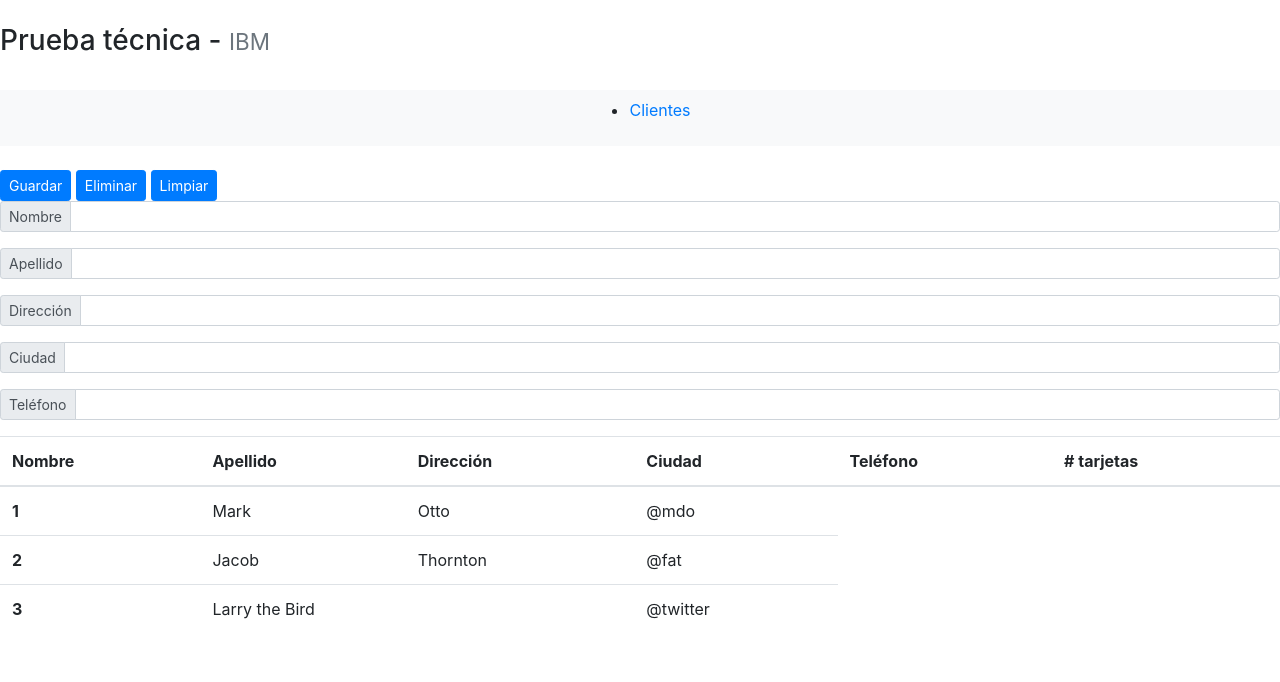
Repository: analozano16/ibm
Page: prueba_banco_war/src/main/webapp/index.html
An editor plug-in stored every save of this project. The page is shown before and after the next save, followed by the edit.
The browser window is 1280 px wide. The pictures show the whole page.
Some web libraries are served in a nearby version.

Above is the page before, as saved 2020-02-02 20:17:00.

### prueba_banco_war/src/main/webapp/index.html
<!DOCTYPE html>
<html ng-app="Clientes">
<head>
	<title>Prueba</title>
	<meta charset="utf-8" />
	<!-- angular -->
	<script src="https://ajax.googleapis.com/ajax/libs/angularjs/1.7.9/angular.min.js"></script>
	<!-- controlador -->
	<script type="text/javascript" src="app.js"></script>
	<!-- bootstrap -->
	<link rel="stylesheet" href="https://stackpath.bootstrapcdn.com/bootstrap/4.3.1/css/bootstrap.min.css" integrity="sha384-ggOyR0iXCbMQv3Xipma34MD+dH/1fQ784/j6cY/iJTQUOhcWr7x9JvoRxT2MZw1T" crossorigin="anonymous">

</head>
<body>
<br/>
<h3>
  Prueba técnica -
  <small class="text-muted"> IBM</small>
</h3>
<br/>
<nav class="navbar navbar-expand-sm bg-light justify-content-center">
  <ul>
    <li><a href="#">Clientes</a></li>
  </ul>
</nav>


<br/>
<button type="button" class="btn btn-primary btn-sm">Guardar</button>
<button type="button" class="btn btn-primary btn-sm">Eliminar</button>
<button type="button" class="btn btn-primary btn-sm">Limpiar</button>

<br/>
<div class="input-group input-group-sm mb-3">
  <div class="input-group-prepend">
    <span class="input-group-text" id="inputGroup-sizing-sm">Nombre</span>
  </div>
  <input type="text" class="form-control" aria-label="Small" aria-describedby="inputGroup-sizing-sm">
</div>


<div class="input-group input-group-sm mb-3">
  <div class="input-group-prepend">
    <span class="input-group-text" id="inputGroup-sizing-sm">Apellido</span>
  </div>
  <input type="text" class="form-control" aria-label="Small" aria-describedby="inputGroup-sizing-sm">
</div>
<div class="input-group input-group-sm mb-3">
  <div class="input-group-prepend">
    <span class="input-group-text" id="inputGroup-sizing-sm">Dirección</span>
  </div>
  <input type="text" class="form-control" aria-label="Small" aria-describedby="inputGroup-sizing-sm">
</div>
<div class="input-group input-group-sm mb-3">
  <div class="input-group-prepend">
    <span class="input-group-text" id="inputGroup-sizing-sm">Ciudad</span>
  </div>
  <input type="text" class="form-control" aria-label="Small" aria-describedby="inputGroup-sizing-sm">
</div>
<div class="input-group input-group-sm mb-3">
  <div class="input-group-prepend">
    <span class="input-group-text" id="inputGroup-sizing-sm">Teléfono</span>
  </div>
  <input type="text" class="form-control" aria-label="Small" aria-describedby="inputGroup-sizing-sm">
</div>


<table class="table table-hover">
  <thead>
    <tr>
      <th scope="col">Nombre</th>
      <th scope="col">Apellido</th>
      <th scope="col">Dirección</th>
      <th scope="col">Ciudad</th>
      <th scope="col">Teléfono</th>
      <th scope="col"># tarjetas</th>
    </tr>
  </thead>
  <tbody>
    <tr>
      <th scope="row">1</th>
      <td>Mark</td>
      <td>Otto</td>
      <td>@mdo</td>
    </tr>
    <tr>
      <th scope="row">2</th>
      <td>Jacob</td>
      <td>Thornton</td>
      <td>@fat</td>
    </tr>
    <tr>
      <th scope="row">3</th>
      <td colspan="2">Larry the Bird</td>
      <td>@twitter</td>
    </tr>
  </tbody>
</table>
</body>
</html>

### prueba_banco_war/src/main/webapp/app.js
var app = angular.module("Clientes",[]);

app.controller("ClienteController", function($scope){

});

After the next save:
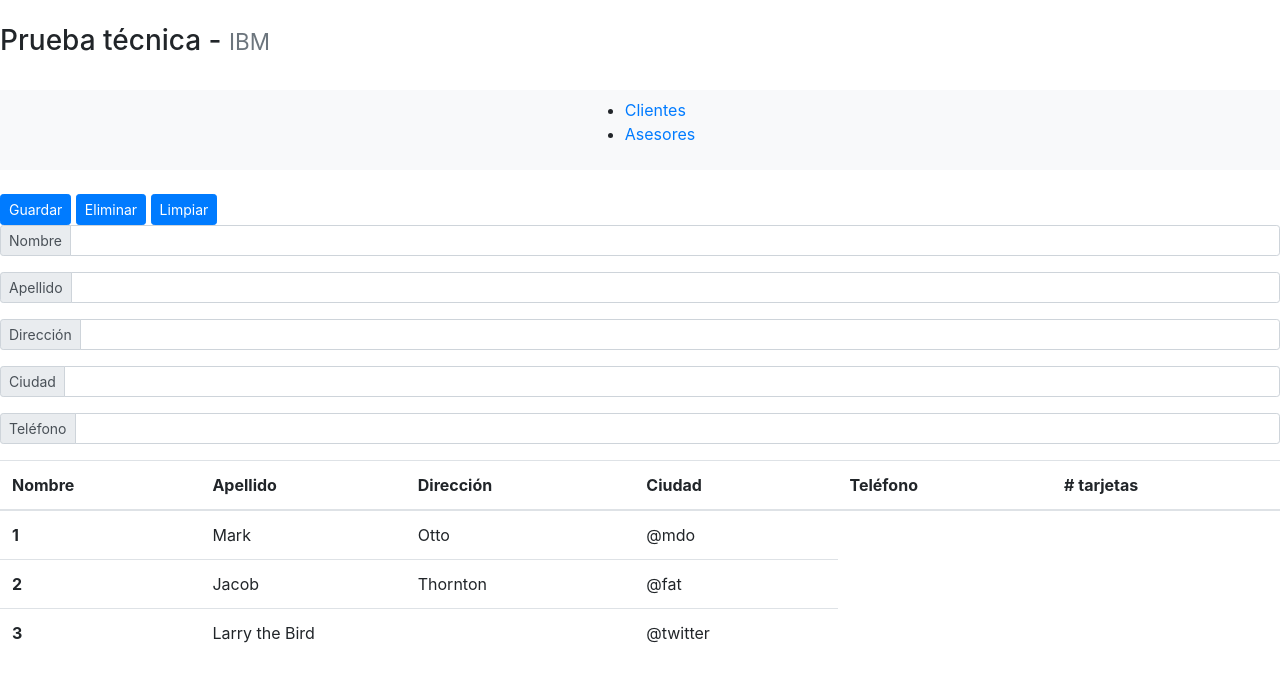
Saved 9 s later.
--- a/prueba_banco_war/src/main/webapp/index.html
+++ b/prueba_banco_war/src/main/webapp/index.html
@@ -21,6 +21,7 @@
 <nav class="navbar navbar-expand-sm bg-light justify-content-center">
   <ul>
     <li><a href="#">Clientes</a></li>
+     <li><a href="#">Asesores</a></li>
   </ul>
 </nav>
 
